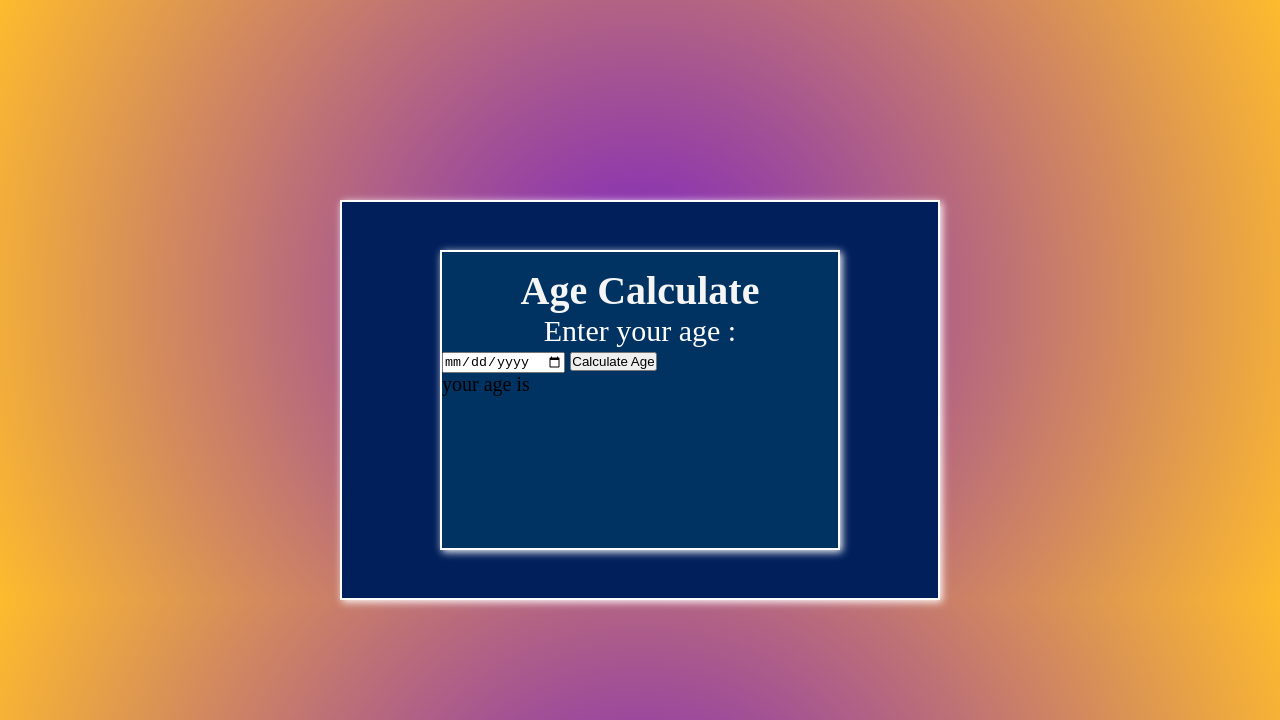
Repository: sristigupta04/basic-js-project
Page: age calculator/age.html
An editor plug-in stored every save of this project. The page is shown before and after the next save, followed by the edit.
The browser window is 1280 px wide. The pictures show the whole page.

Above is the page before, as saved 2025-11-07 15:53:17.

After the next save:
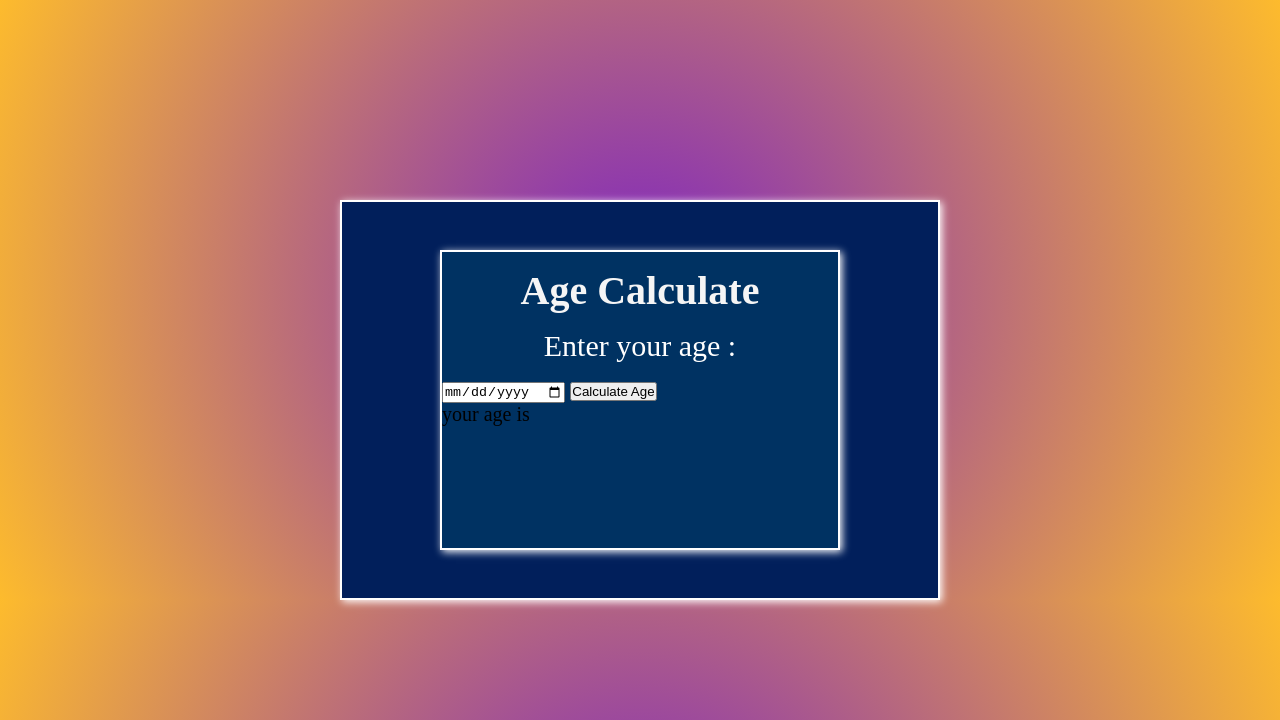
Saved 8 s later.
--- a/age calculator/age.css
+++ b/age calculator/age.css
@@ -47,5 +47,6 @@ background: radial-gradient(circle, rgba(123, 34, 195, 1) 0%, rgba(253, 187, 45,
     color:white;
  display: flex;
  justify-content: center;
- font-size: 30px;;
+ font-size: 30px;
+ margin:15px;;
 }
